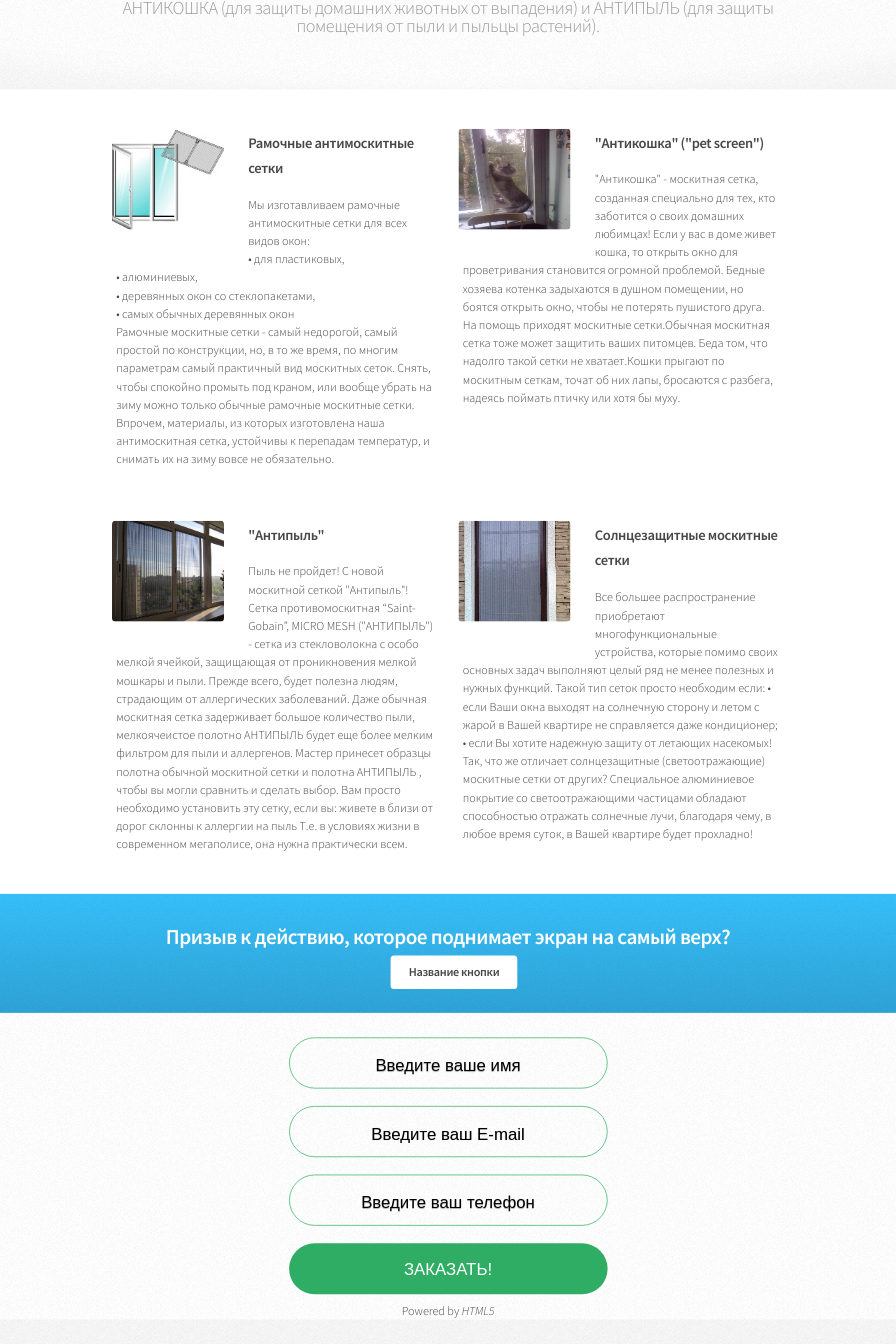
Repository: Dovislive/moskit
Page: index.html
The author's editor kept a record of every edit. The page is drawn from the files as they stood at one moment, then again after the next edit.
The browser window is 1280 px wide. The pictures show the part of the page from y = 1070 to 2990 px (the page is 2990 px tall before and 2942 px after), at 70% of full size.

Above is the page before.

After the next edit:
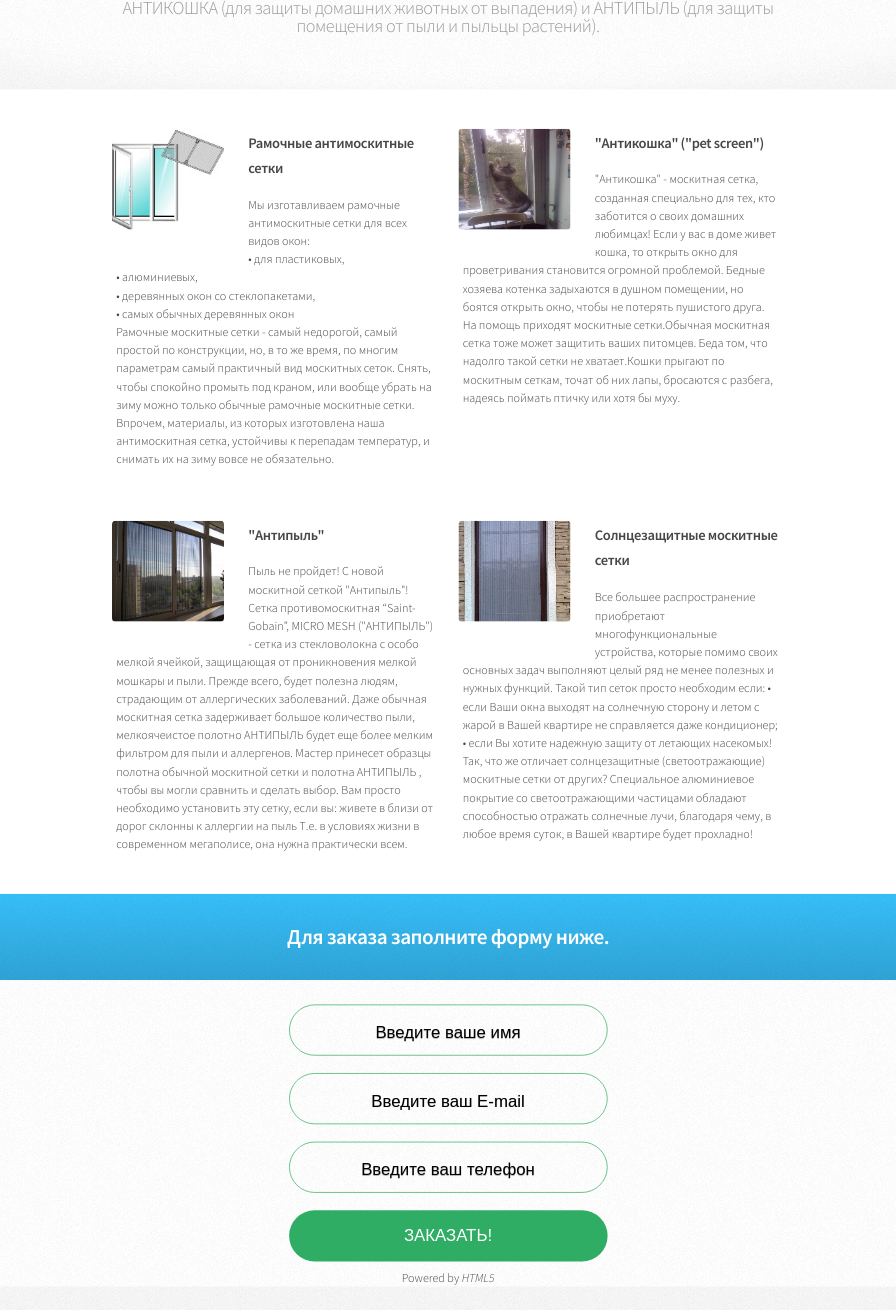
The edit:
--- a/index.html
+++ b/index.html
@@ -140,8 +140,7 @@
 				<section id="cta" class="wrapper style3">
 					<div class="container">
 						<header>
-							<h2>Призыв к действию, которое поднимает экран на самый верх?</h2>
-							<a href="#" class="button">Название кнопки</a>
+							<h2>Для заказа заполните форму ниже.</h2>
 						</header>
 					</div>
 				</section>
